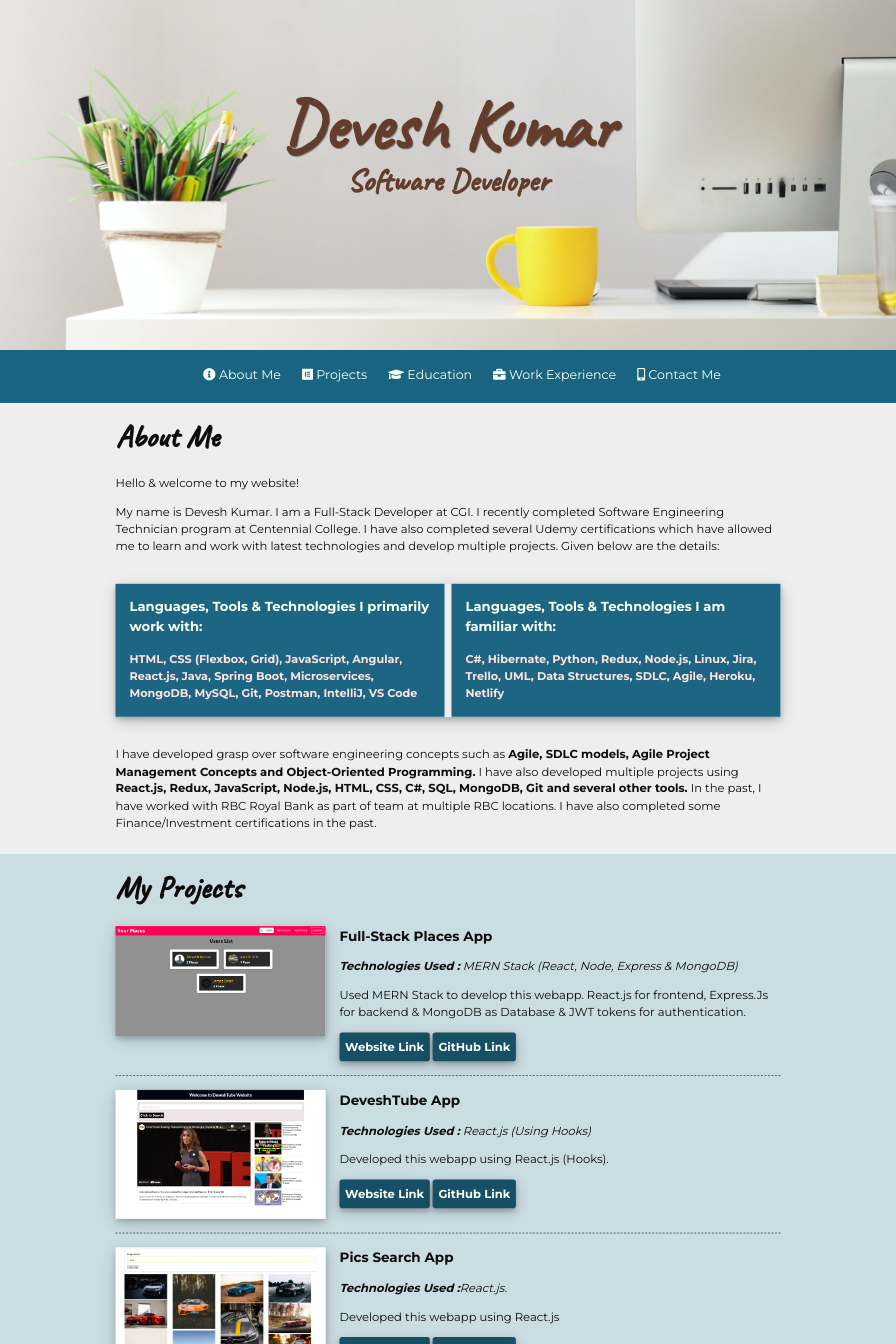
Repository: My-Web-Page/MyWebPage
Page: index.html
These files come from the project's save history. The page is drawn as it stood at one moment and after the next save; the edit follows.
The browser window is 1280 px wide. The pictures show the part of the page from y = 0 to 1920 px (the page is 5322 px tall before and 5254 px after), at 70% of full size.
Some web libraries are served in a nearby version.

Above is the page before, as saved 2022-04-13 15:30:03.

After the next save:
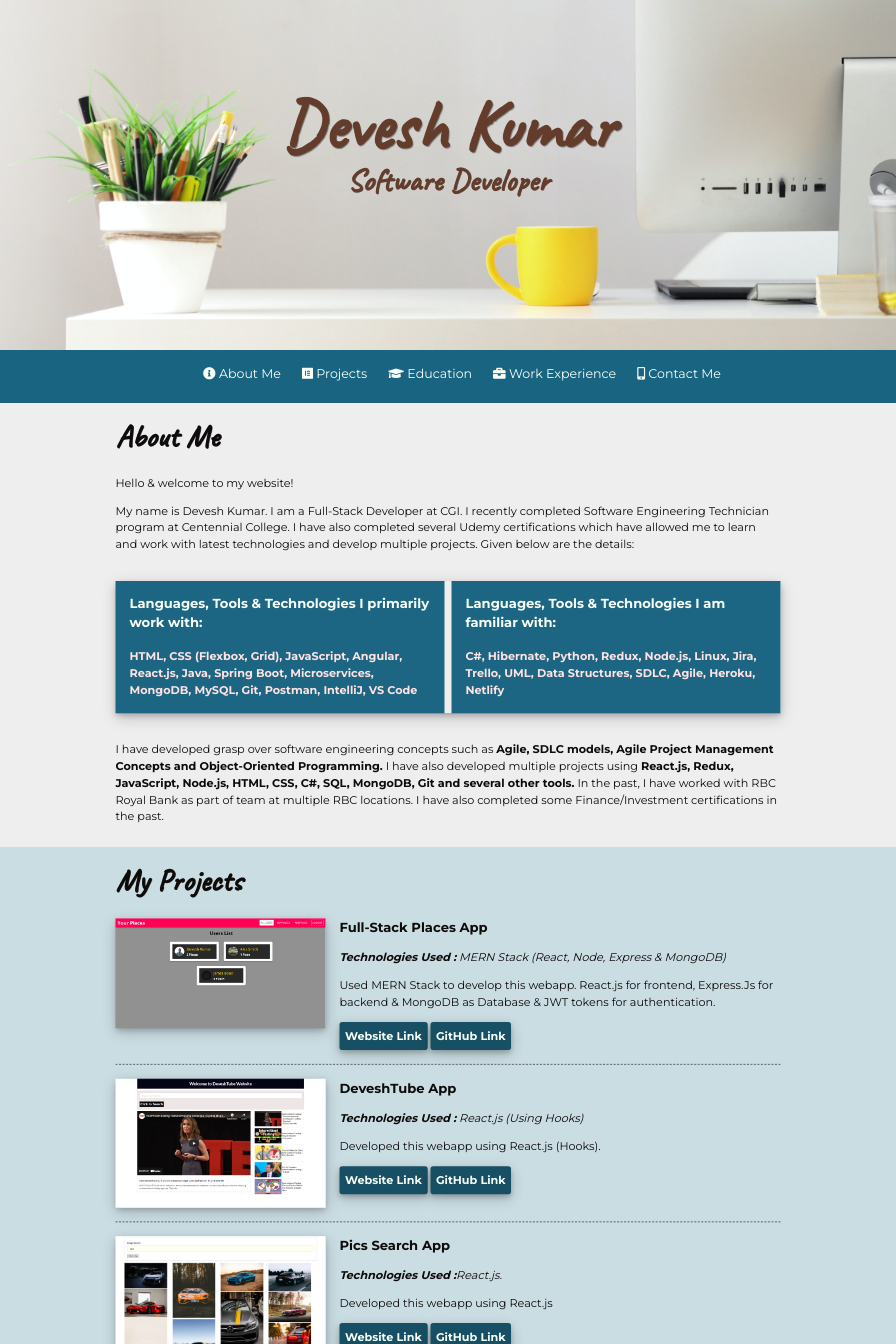
Saved 5 s later.
--- a/style.css
+++ b/style.css
@@ -35,7 +35,7 @@ body {
     margin: 0;
     padding: 0;
     font-family: "Montserrat", sans-serif;
-    font-size: 16.5px;
+    font-size: 16px;
     line-height: 1.5;
 }
 
